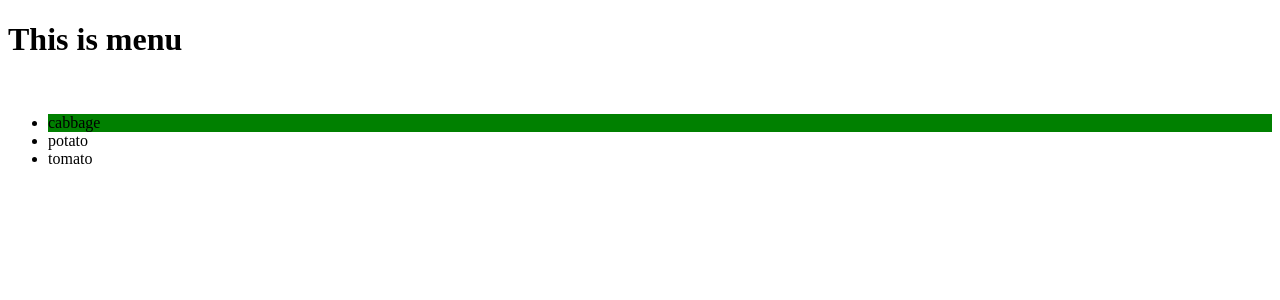
Repository: albinsabu2023/Stopwatch-program
Page: index.html
The author's editor kept a copy of each file at every save. The page is drawn from the files as they stood at one save, then again after the next save.
The browser window is 1280 px wide. The pictures show the whole page.

Above is the page before, as saved 2023-03-03 14:20:50.

### index.html
<!DOCTYPE html>

<head>
    <meta charset="UTF-8">
    <meta http-equiv="X-UA-Compatible" content="IE=edge">
    <meta name="viewport" content="width=device-width, initial-scale=1.0">
    <link rel="stylesheet" href="style.css">
    <title>Document</title>
</head>
    <h1 id="menu">This is menu</h1><br>
    <ul>
        <li>cabbage</li>
        <li>potato</li>
        <li>tomato</li>
    </ul>
    <script src="index.js"></script>
</body>
</html>

### style.css
.c-1{
    padding: 30px;
    border: 2px solid gray;
    border-radius: 5px;
    background-color: aquamarine;
}
#cel,#far{
    margin-bottom: 20px;
}
#submit{
    background-color: blanchedalmond;
    border:none;
    display: felx;
    background-color: aqua;

}
#submit:hover{
    background-color: blue;

}

### index.js
//SYNCHRONUS(orderd) ASYNCHRONUS(unorderd,acces dB,frtching files,tasks)
//-------------------------
//synchronus
// console.log("albin");
// console.log("parappallil");
// console.log("Vazhoor Kottaym");

//asynch
// console.log("albin");
// setTimeout(() => console.log("parappallil"), 1000);
// console.log("vazhoor Kottaym");

//CONSOLE.TIME()  //how much time take to start and end a process
//--------------------------------
// console.time("response");

// setTimeout(() => console.log("hello"), 3000);
// console.timeEnd("response");

//PROMISES  objects that encapsulate the resukt of an asynch opn
//--------------------
//states pending,resolved,rejected

// const msg = new Promise((gotIt, notYet) => {
//   let sendMessage = true;
//   if (sendMessage) {
//     gotIt("yeah recieved the message");
//   } else {
//     notYet("sorrry bruh,not recieved");
//   }
// });
// msg.then((value) => console.log(value)).catch((err) => console.log(err));

//a promise after 3 seconds to print thanks
// const pro = new Promise((resolve) => {
//   setTimeout(resolve, 2000);
// });
// pro.then(() => {
//   console.log("thanks ");
// });

// //passing time as argument to promise
// const pr = (time) =>
//   new Promise((resolve) => {
//     setTimeout(resolve, time);
//   });
// pr(3000).then(() => {
//   console.log("thanks ");
// });

///ASYNC  with function to create without Promise keyword
//----------------------
// async function doWalk() {
//   let walking = false;
//   if (walking) {
//     return "yeah walking";
//   } else {
//     throw "cant walk now";
//   }
// }

// doWalk()
//   .then((res) => console.log(res))
//   .catch((err) => console.log(err));

///ASYNC  with function to create with Promise key word
//-------------------------------
// function passed() {
//   let pass = true;
//   if (pass) {
//     return Promise.resolve("yesh you are ");
//   } else {
//     return Promise.reject("Nah your not");
//   }
// }
// passed()
//   .then((res) => console.log(res))
//   .catch((err) => console.log(err));

//AWAIT  we can eliminate the then and catch
// async function sendMail() {
//   let send = true;
//   if (send) {
//     return "yeah the mail had been sended";
//   } else {
//     throw "nop there are some error";
//   }
// }
// async function startProcess() {
//   try {
//     let message = await sendMail();
//     console.log(message);
//   } catch (err) {
//     console.log(err);
//   }
// }
// startProcess();

//DOM
//------------------
//GETELEMENTBYNAME
//object models of api
// let fruits = document.getElementsByName("fruits");
// fruits.forEach((fruit) => {
//   fruit.checked ? console.log(fruit.value) : "not checked";
// });

let vegetables = document.getElementsByTagName("li");
console.log((vegetables[0].style.backgroundColor = "green"));

After the next save:
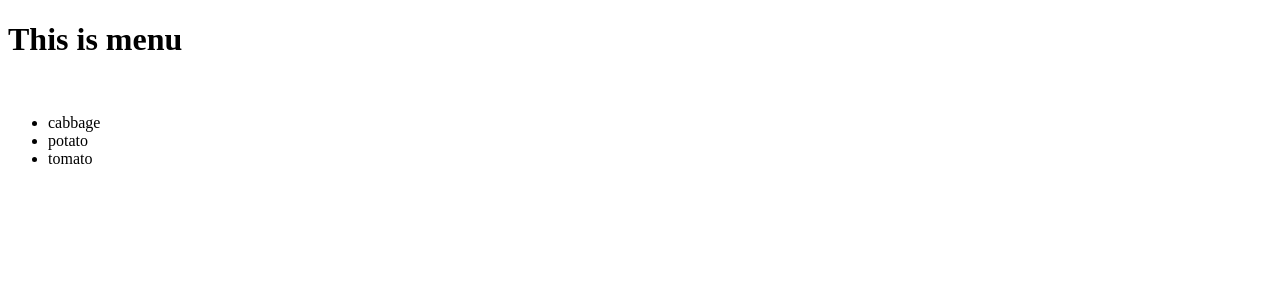
Saved 25 min 32 s later.
--- a/index.js
+++ b/index.js
@@ -105,5 +105,7 @@
 //   fruit.checked ? console.log(fruit.value) : "not checked";
 // });
 
-let vegetables = document.getElementsByTagName("li");
-console.log((vegetables[0].style.backgroundColor = "green"));
+// let vegetables = document.getElementsByTagName("li");
+// console.log((vegetables[0].style.backgroundColor = "green"));
+
+//QUERYSELECTOR
